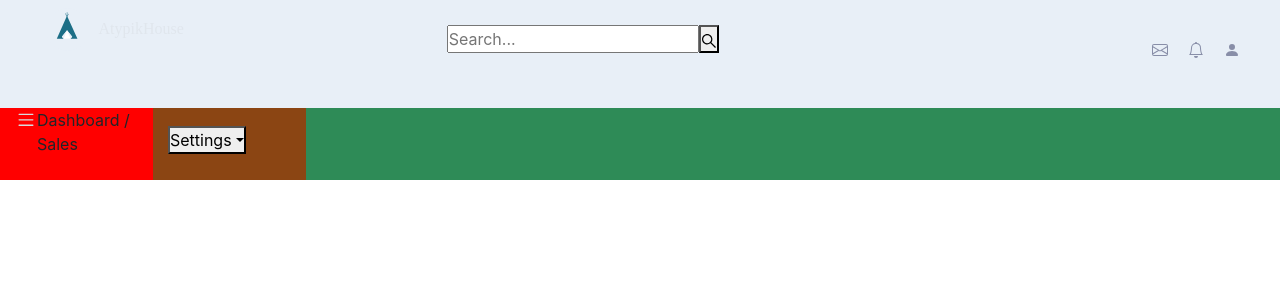
Repository: kifack/API-Symfony-AtypikHouse
Page: / (app in admin-frontend/)
The author's editor kept a copy of each file at every save. The page is drawn from the files as they stood at one save, then again after the next save.
The browser window is 1280 px wide. The pictures show the whole page.
Some web libraries are served in a nearby version. The project was rebuilt for these pictures with package versions that can differ from the ones it lists, and the page was loaded fresh each time. Also part of the build but not shown: admin-frontend/src/css/Responsive.css, admin-frontend/src/css/admin/navbar.css, admin-frontend/src/components/template_parts/Header.js, admin-frontend/src/components/template_parts/Footer.js, admin-frontend/src/components/template_parts/Sidebar.js, admin-frontend/src/components/partials/LocationEntry.js, admin-frontend/src/components/template_parts/Spinner.js, admin-frontend/src/actions/location.js and 26 more.

Above is the page before, as saved 2020-10-01 19:45:11.

### admin-frontend/public/index.html
<!DOCTYPE html>
<html lang="en">
  <head>
    <meta charset="utf-8" />
    <link rel="icon" href="%PUBLIC_URL%/atypikhouse.ico" />
    <meta name="viewport" content="width=device-width, initial-scale=1" />
    <meta name="theme-color" content="#000000" />
    <meta
      name="description"
      content="Web site created using create-react-app"
    />
    <link
      rel="stylesheet"
      href="https://use.fontawesome.com/releases/v5.8.1/css/all.css"
      integrity="sha384-50oBUHEmvpQ+1lW4y57PTFmhCaXp0ML5d60M1M7uH2+nqUivzIebhndOJK28anvf"
      crossorigin="anonymous"
    />
    <!--
      manifest.json provides metadata used when your web app is installed on a
      user's mobile device or desktop. See https://developers.google.com/web/fundamentals/web-app-manifest/
    -->
    <!-- <link rel="manifest" href="%PUBLIC_URL%/manifest.json" /> -->
    <!--
      Notice the use of %PUBLIC_URL% in the tags above.
      It will be replaced with the URL of the `public` folder during the build.
      Only files inside the `public` folder can be referenced from the HTML.

      Unlike "/favicon.ico" or "favicon.ico", "%PUBLIC_URL%/favicon.ico" will
      work correctly both with client-side routing and a non-root public URL.
      Learn how to configure a non-root public URL by running `npm run build`.
    -->
    <script
      src="https://code.jquery.com/jquery-3.5.1.min.js"
      integrity="sha256-9/aliU8dGd2tb6OSsuzixeV4y/faTqgFtohetphbbj0="
      crossorigin="anonymous"
    ></script>
    <script src="https://stackpath.bootstrapcdn.com/bootstrap/4.5.2/js/bootstrap.min.js"></script>
    <script
      src="https://code.jquery.com/jquery-3.5.1.min.js"
      integrity="sha256-9/aliU8dGd2tb6OSsuzixeV4y/faTqgFtohetphbbj0="
      crossorigin="anonymous"
    ></script>

    <script src="https://stackpath.bootstrapcdn.com/bootstrap/4.5.2/js/bootstrap.min.js"></script>
    <title>AtypikHouse</title>
  </head>
  <body>
    <noscript>You need to enable JavaScript to run this app.</noscript>
    <div id="root"></div>
    <!--
      This HTML file is a template.
      If you open it directly in the browser, you will see an empty page.

      You can add webfonts, meta tags, or analytics to this file.
      The build step will place the bundled scripts into the <body> tag.

      To begin the development, run `npm start` or `yarn start`.
      To create a production bundle, use `npm run build` or `yarn build`.
    -->
  </body>
</html>

### admin-frontend/src/index.js
import React from 'react';
import ReactDOM from 'react-dom';
import App from './components/App';
import 'bootstrap/dist/css/bootstrap.min.css';
import { Provider } from 'react-redux';
import configureStore from './store/store';
import HeaderBack from './components/backend/HeaderBack';


const store = configureStore();
ReactDOM.render(
  <React.StrictMode>
    <Provider store={store}>
      <HeaderBack />
    </Provider>

  </React.StrictMode>,
  document.getElementById('root')
);

### admin-frontend/src/store/store.js
import { createStore, applyMiddleware } from "redux";
import { composeWithDevTools } from "redux-devtools-extension";
import thunk from "redux-thunk";
import rootReducer from "../reducers";

const configureStore = () => {
  const initialState = {};

  const middleware = [thunk];

  const store = createStore(
    rootReducer,
    initialState,
    composeWithDevTools(applyMiddleware(...middleware))
  );
  return store;
};

export default configureStore;

### admin-frontend/src/components/backend/HeaderBack.js
import React from "react";
import { Navbar, Nav, Image, Row, Container, Col } from "react-bootstrap";
import { BsBell, BsEnvelope, BsFillPersonFill, BsList } from "react-icons/bs";
import { FaSistrix } from "react-icons/fa";
import logo from './../../media/logonegatif.svg';


class HeaderBack extends React.Component{
    render(){
        return(

            <header>
            <Navbar>

                <div className="blue-sky menuhaut">
                <Container >
                <Row className="align-items-center">
                    <Col>
                        <Nav.Link><Image class="logo"src={logo}/><span class="titlesite">AtypikHouse</span></Nav.Link>
                    </Col>
                    <Col>
                        <form >

                        <input  type="text" placeholder="Search..." aria-label="Search"  />
                        <button type="submit" ><FaSistrix className="icons"/></button>
                        </form>
                    </Col>
                    <Col className="d-flex justify-content-end">
                        <Nav.Link><BsEnvelope className="icon-env"/></Nav.Link>
                        <Nav.Link><BsBell className="icon-bell"/></Nav.Link>
                        <Nav.Link><BsFillPersonFill className="icon-person"/></Nav.Link>
                    </Col>
                </Row >
                </Container>
                </div>

                    <div class="blue-sky sous-header">
                    <Container>
                    <Row className="align-items-center">

                        <Col className="d-flex justify-content-end">
                        <BsList class="icon-list"/>
                        <span className="titlelist"> Dashboard / Sales</span>
                        </Col>

                        <Col>
                        <button className="dropdown-toggle" type="button" id="setting">Settings</button>
                        </Col>


                    </Row>
                    </Container>
                    </div>

            </Navbar>
         </header>


        )
    }

}

export default HeaderBack;

### admin-frontend/src/utils/setAuthToken.js
import api from "./api";

const setAuthToken = (token) => {
  if (token) {
    console.log("setting...");
    api.defaults.headers.common.authorization = "Bearer " + token;
    localStorage.setItem("token", token);
  } else {
    console.log("deleting...");
    delete api.defaults.headers.common["Authorization"];
    localStorage.removeItem("token");
  }
};

export default setAuthToken;

### admin-frontend/src/css/App.css
:root {
  --primaryColor: #1c6e86;
  --secondaryColor :#060818;
  --tierColor: #1e2020;
  --white: #ffffff;
}

* {
  margin: 0;
  padding: 0;
  box-sizing: border-box;
}

@font-face {
  font-family: "title-logo";
  src: url("./../polices/vagnotie.otf");
}
@font-face {
  font-family: "title-block";
  src: url("./../polices/Vogue.ttf");
}
@font-face {
  font-family: "title-secondaire";
  src: url("./../polices/ArcaMajora3-Bold.otf");
}
@font-face {
  font-family : "sans-serifSpe";
  src: url("./../polices/Myriad-Pro_31655.ttf");
}

.blue-sky {
  background-color: var(--secondaryColor);
}
body .blue-Marine {
  background-color: var(--primaryColor);
}

.titleBlock {
  font-family: "title-block";
  padding-top: 30px;
  font-size: 1.3rem;
  color: var(--tiercolor);
}
.titleConte{
  text-align: center;
}
.btnNb{
  padding: 10px 20px;
  text-decoration: none;
  border-radius: 20px;
  font-family: "title-secondaire";
  font-size: 1rem;
}
.secondaryNb {
  color: var(--secondaryColor);
}
.btnNb:hover {
  text-decoration: none;
  color: var(--primaryColor);
  background-color: var(--secondaryColor);
}
.conteneurBtn {
  padding-top: 20px;
}
img {
  width: 100%;
}


/*********************************************************** Header backend ************************************************************************************/













/* ################################# Header ###########################*/
header .navbar{
  padding: 0;
  margin: 0;
  display: block;
}

header .menuhaut{
  height: 15vh;
  padding: 0;
  margin: 0;
}
header .menuhaut .col:first-child{
  width: 30%;
  height: 15vh;

}
header .menuhaut .col:nth-child(2){
  width: 30%;
  height: 8vh;

}
header .menuhaut .col:nth-child(3){
  width: 30%;
  height: 5vh;

}
header .menuhaut .col:nth-child(3) .nav-link{
  padding-left: 10px;
  padding-right: 10px;
  padding-top: 0px;
  padding-bottom: 10px;

}

header .menuhaut .row{
  width: 100%;
  height: 15vh;
  margin: 0;
  padding: 0;

}
header .menuhaut .container{
  max-width: 100% ;
  margin: 0;

}

header .container img {
  width: 12%;
  margin-right: 10px;

}

.titlesite, .logo{

  color: #e0e6ed;
  width: 30px;
  font-family: "title-secondair";
  font-size: 1.0rem;
}

.icon-env, .icon-bell, .icon-person {
  color: #888ea8;
}
.icon-list{
  color: #d9dadc;
  width: 30px;
  height: 25px;
 }

/*######  sous header ######*/

header .sous-header{
 background-color: royalblue;
 height: 40px;
 margin: 0;
 padding: 0;
}

header .sous-header .col:first-child{
  width: 30%;
  height: 10vh;
  background-color: red;

}
header .sous-header .col:nth-child(2){
  width: 30%;
  height: 5vh;

}



header .sous-header .row{
  background-color: saddlebrown;


}
header .sous-header .container{
  max-width: 100% ;
  margin: 0;
  background-color: seagreen;

}





/*

input{
  background-color: #0e1726;
  border: 0px;
  border-radius: 10px;
  height: 40px;
  width: 60%;
}

button{
  background-color: #0e1726;
  border: 0px;
  border-radius: 10px;
  height: 40px;
}


button#setting {
  background-color: #1a1c2d;
  color: #d2d8df;
  font-size: 10px;
  width: 20%;
  border-radius: 12px;

  }

  .titlelist{
    color: #e9e9ea;
   }
*/

### admin-frontend/src/reducers/index.js
import { combineReducers } from "redux";
import auth from "./auth";
import location from "./location";
import user from "./user";
import comment from "./comment";
import destination from "./destination";
import category from "./category";
import thematic from "./thematic";
import field from "./field";

export default combineReducers({
  auth,
  location,
  user,
  comment,
  destination,
  category,
  thematic,
  field,
});

### admin-frontend/src/utils/api.js
import axios from "axios";
import store from "../store/store";
import { LOGOUT } from "../actions/types";

const api = axios.create({
  baseURL: "http://localhost:8000/api/v01",
  // baseURL: "http://api.f2i-dev2-ami-bc-akb-vyk.fr/api/v01",
  headers: {
    "Content-Type": "application/json",
    Accept: "application/json",
  },
});

const { dispatch } = store;

export default api;

### admin-frontend/src/css/sidebar.css
:root {
  --primaryColor: #0090d9;
  --secondaryColor: #e8f1f8;
  --tierColor: #1e2020;
  --white: #ffffff;
}

.sidebar {
  width: 240px;
  min-height: 100vh;
  transition: 0.4s;
  transition-property: width;
  background-color: #fff;

  /* background-image: linear-gradient(180deg, #4e73df 10%, #224abe 100%); */
  /* overflow-y: auto; */
}

.sidebar ul {
  /* color: var(--primaryColor); */
  height: 100%;
  width: 100%;
  list-style: none;
}
.sidebar .menu li {
  line-height: 60px;
  border-bottom: 1px solid #bdb8d7;
  border-bottom: 1px solid rgba(0, 0, 0, 0.05);
  border-top: 1px solid rgba(255, 255, 255, 0.05);
}
.sidebar .menu li:last-child {
  border-bottom: 1px solid rgba(255, 255, 255, 0.05);
}
.sidebar .menu li a {
  position: relative;
  text-decoration: none;
  color: #6c757d;
  font-size: 16px;
  padding-left: 20px;
  font-weight: 500;
  display: block;
  width: 100%;
  border-left: 3px solid transparent;
}
.sidebar .menu li a > i {
  color: var(--primaryColor);
  padding-right: 8px;
}
.sidebar .menu li.active a {
  color: #fff;
  background: #4e73df;
  /* border-left-color: #000; */
}
.sidebar .menu li a:hover {
  /* background-color: #4e73df; */
  opacity: 0.9;
  color: var(--primaryColor);
}
.sidebar .menu ul {
  position: static;
  display: none;
  background-color: #fff;
}

.sidebar .menu ul li {
  line-height: 50px;
  border-top: none;
  color: var(--primaryColor);
}

.sidebar ul li a .item {
  /* margin-left: 15px; */
  transition: 0.4s;
  transition-property: display;
}
.sidebar .menu ul li a {
  font-size: 15px;
  color: #6c757d;
  padding-left: 50px;
}
.sidebar .menu li.active ul li a {
  color: #e6e6e6;
  background: #1b1b1b;
  border-left-color: transparent;
}
.sidebar .menu ul li a:hover {
  border-left-color: var(--primaryColor);
  border-left-width: 5px;
}
.sidebar li a .caret-menu {
  position: absolute;
  top: 50%;
  right: 20px;
  transform: translateY(-50%);
  font-size: 18px;
  transition: transform 0.7s;
}
.sidebar li a span.rotate {
  transform: translateY(-50%) rotate(-180deg);
}

.wrapper.collapse-sidebar .sidebar {
  width: 70px;
}

.wrapper.collapse-sidebar .main_content {
  width: calc(100% - 70px);
}

.wrapper.collapse-sidebar .sidebar .item,
.submenu,
.wrapper.collapse-sidebar .sidebar .submenu li {
  display: none;
}

### admin-frontend/src/css/card.css
/* Navigation tabs */
:root {
  --primaryColor: #0090d9;
  --secondaryColor: #e8eff7;
  --tierColor: #1e2020;
  --white: #ffffff;
}
.tabs {
  /* width: 730px; */
  height: 100vh;
  overflow: hidden;
  border-radius: 5px;
  box-shadow: 5px 10px 5px #ccc;
  border: 1px solid #eee;
  margin-right: 10px;
}
.tabs .tab-header {
  /* height: 40px; */
  display: flex;
  align-items: center;
  width: 100%;
  padding: 15px;
  /* border: 1px solid #eee; */
}

.tabs .tab-header > div {
  width: calc(100% / 2);
  text-align: center;
  color: #888;
  font-weight: 600;
  cursor: pointer;
  font-size: 14px;
  text-transform: uppercase;
  outline: none;
}
/* .tabs .tab-header > div > i {
  display: block;
  margin-bottom: 5px;
} */
.tabs .tab-header > div.active {
  color: var(--primaryColor);
}
.tabs .tab-indicator {
  position: relative;
  width: calc(100% / 2);
  height: 5px;
  background: var(--primaryColor);
  left: 0px;
  border-radius: 5px;
  transition: all 500ms ease-in-out;
}
.tabs .tab-body {
  position: relative;
  height: calc(100% - 60px);
  padding: 10px 5px;
}
.tabs .tab-body > div {
  padding: 20px;
  position: absolute;
  width: 100%;
  top: -200%;
  opacity: 0;
  transform: scale(0.9);
  transition: opacity 500ms ease-in-out 0ms, transform 500ms ease-in-out 0ms;
}
.tabs .tab-body > div.active {
  top: 0px;
  opacity: 1;
  transform: scale(1);
}

/* Display location  */
.img-container {
  position: relative;
}
/* Next & previous buttons */
.prev,
.next {
  cursor: pointer;
  position: absolute;
  text-decoration: none !important;
  top: 50%;
  width: auto;
  margin-top: -22px;
  padding: 16px;
  color: white !important;
  font-weight: bold;
  font-size: 18px;
  transition: 0.6s ease;
  border-radius: 0 3px 3px 0;
  user-select: none;
}

/* Position the "next button" to the right */
.next {
  right: 0;
  border-radius: 3px 0 0 3px;
}
.prev {
  left: 0;
}

/* On hover, add a black background color with a little bit see-through */
.prev:hover,
.next:hover {
  background-color: rgba(0, 0, 0, 0.8);
}
/* Fading animation */
.custom-fade {
  -webkit-animation-name: fade;
  -webkit-animation-duration: 1.5s;
  animation-name: fade;
  animation-duration: 1.5s;
}

@-webkit-keyframes fade {
  from {
    opacity: 0.4;
  }
  to {
    opacity: 1;
  }
}

@keyframes fade {
  from {
    opacity: 0.4;
  }
  to {
    opacity: 1;
  }
}

### admin-frontend/src/reducers/auth.js
import {
  LOAD_USER_REQUEST,
  USER_LOADED,
  AUTH_ERROR,
  LOGIN_REQUEST,
  LOGIN_SUCCESS,
  LOGIN_FAIL,
  LOGOUT,
} from "../actions/types";
import setAuthToken from "../utils/setAuthToken";

const initialState = {
  token: localStorage.getItem("token"),
  isAuthenticated: false,
  loading: false,
  user: null,
  isLogining: false,
  error: null,
};

export default function (state = initialState, action) {
  const { type, payload } = action;

  switch (type) {
    case LOAD_USER_REQUEST:
      return {
        ...state,
        loading: true,
      };
    case USER_LOADED:
      if (payload.roles.indexOf("ROLE_ADMIN") >= 0) {
        return {
          ...state,
          isAuthenticated: true,
          loading: false,
          user: payload,
        };
      } else {
        return {
          ...state,
          isAuthenticated: false,
          loading: false,
          error: "Vous n'avez pas des droits d'accés",
        };
      }
    case LOGIN_REQUEST:
      return {
        ...state,
        isLogining: true,
      };
    case LOGIN_SUCCESS:
      if (payload.user.roles.indexOf("ROLE_ADMIN") >= 0) {
        localStorage.setItem("token", payload.token);
        setAuthToken(payload.token);
        return {
          ...state,
          isAuthenticated: true,
          isLogining: false,
          user: payload.user,
        };
      } else {
        return {
          ...state,
          isAuthenticated: false,
          isLogining: false,
          error: "Vous n'avez pas des droits d'accéss",
        };
      }

    case AUTH_ERROR:
    case LOGOUT:
      console.log("logout");
      localStorage.removeItem("token");
      return {
        ...state,
        token: null,
        isAuthenticated: false,
        loading: false,
        user: null,
        error: payload,
      };

    case LOGIN_FAIL:
      return {
        ...state,
        isLogining: false,
        error: payload.message,
      };

    default:
      return state;
  }
}

### admin-frontend/src/reducers/location.js
import {
  LOAD_LOCATIONS,
  LOAD_LOCATIONS_SUCCESS,
  LOAD_LOCATIONS_ERROR,
  VALIDATE_LOCATION,
  VALIDATE_LOCATION_ERROR,
  DEACTIVATE_LOCATION,
  DEACTIVATE_LOCATION_ERROR,
  LOAD_LOCATION,
  LOAD_LOCATION_SUCCESS,
  LOAD_LOCATION_ERROR,
} from "../actions/types";

const initialState = {
  locations: [],
  location: null,
  loading: false,
  loadingLocation: true,
};

export default function (state = initialState, action) {
  const { type, payload } = action;
  let index, locations;

  switch (type) {
    case LOAD_LOCATIONS:
      return {
        ...state,
        loading: true,
      };
    case LOAD_LOCATIONS_SUCCESS:
      return {
        ...state,
        locations: payload,
        loading: false,
      };

    case LOAD_LOCATION:
      return {
        ...state,
        loadingLocation: true,
        location: null,
      };
    case LOAD_LOCATION_SUCCESS:
      return {
        ...state,
        location: payload,
        loadingLocation: false,
      };
    case VALIDATE_LOCATION:
      index = state.locations.findIndex((item) => item.id === payload);
      locations = state.locations;
      locations[index].status = 1;

      return {
        ...state,
        locations: [...locations],
        loading: false,
      };
    case DEACTIVATE_LOCATION:
      index = state.locations.findIndex((item) => item.id === payload);
      locations = state.locations;
      locations[index].status = 2;

      return {
        ...state,
        locations: [...locations],
        loading: false,
      };

    default:
      return state;
  }
}

### admin-frontend/src/reducers/user.js
import {
  LOAD_USERS,
  LOAD_USERS_ERROR,
  LOAD_USERS_SUCCESS,
  LOAD_USER,
  LOAD_USER_SUCCESS,
  LOAD_USER_ERROR,
  TOGGLE_SIDEBAR,
  ACTIVATE_USER,
  ACTIVATE_USER_ERROR,
  DEACTIVATE_USER,
  DEACTIVATE_USER_ERROR,
} from "../actions/types";

const initialState = {
  users: [],
  user: null,
  loading: false,
  loadingUser: true,
  showSidebar: true,
};

export default function (state = initialState, action) {
  const { type, payload } = action;
  let index, users;

  switch (type) {
    case LOAD_USERS:
      return {
        ...state,
        loading: true,
      };
    case LOAD_USERS_SUCCESS:
      return {
        ...state,
        users: payload,
        loading: false,
      };

    case LOAD_USER:
      return {
        ...state,
        user: null,
        loadingUser: true,
      };
    case LOAD_USER_SUCCESS:
      return {
        ...state,
        user: payload,
        loadingUser: false,
      };
    case ACTIVATE_USER:
      index = state.users.findIndex((item) => item.id === payload);
      users = state.users;
      users[index].status = 1;

      return {
        ...state,
        users: [...users],
        loading: false,
      };
    case DEACTIVATE_USER:
      index = state.users.findIndex((item) => item.id === payload);
      users = state.users;
      users[index].status = 0;

      return {
        ...state,
        users: [...users],
        loading: false,
      };

    case TOGGLE_SIDEBAR:
      return {
        ...state,
        showSidebar: !state.showSidebar,
      };

    default:
      return state;
  }
}

### admin-frontend/src/reducers/comment.js
import {
  LOAD_COMMENTS,
  LOAD_COMMENTS_SUCCESS,
  LOAD_COMMENTS_ERROR,
  DELETE_COMMENT,
  DELETE_COMMENT_ERROR,
} from "../actions/types";

const initialState = {
  comments: [],
  loading: false,
};

export default function (state = initialState, action) {
  const { type, payload } = action;

  switch (type) {
    case LOAD_COMMENTS:
      return {
        ...state,
        loading: true,
      };

    case LOAD_COMMENTS_SUCCESS:
      return {
        ...state,
        comments: payload,
        loading: false,
      };
    case DELETE_COMMENT:
      let filteredComments = state.comments.filter(
        (item) => item.id !== payload
      );
      return {
        ...state,
        comments: [...filteredComments],
        loading: false,
      };

    default:
      return state;
  }
}

### admin-frontend/src/reducers/destination.js
import {
  LOAD_DESTINATIONS,
  LOAD_DESTINATIONS_SUCCESS,
  LOAD_DESTINATIONS_ERROR,
  ADD_DESTINATION,
  ADD_DESTINATION_ERROR,
} from "../actions/types";

const initialState = {
  destinations: [],
  loading: false,
};

export default function (state = initialState, action) {
  const { type, payload } = action;

  switch (type) {
    case ADD_DESTINATION:
      return {
        ...state,
        destinations: [...state.destinations, payload],
        loading: false,
      };
    case LOAD_DESTINATIONS:
      return {
        ...state,
        loading: true,
      };
    case LOAD_DESTINATIONS_SUCCESS:
      return {
        ...state,
        destinations: payload,
        loading: false,
      };

    default:
      return state;
  }
}

### admin-frontend/src/reducers/category.js
import {
  LOAD_CATEGORIES,
  LOAD_CATEGORIES_SUCCESS,
  LOAD_CATEGORIES_ERROR,
  ADD_CATEGORY,
  ADD_CATEGORY_ERROR,
} from "../actions/types";

const initialState = {
  categories: [],
  loading: false,
};

export default function (state = initialState, action) {
  const { type, payload } = action;

  switch (type) {
    case LOAD_CATEGORIES:
      return {
        ...state,
        loading: true,
      };
    case LOAD_CATEGORIES_SUCCESS:
      return {
        ...state,
        categories: [...payload],
        loading: false,
      };
    case ADD_CATEGORY:
      return {
        ...state,
        categories: [...state.categories, payload],
        loading: false,
      };

    default:
      return state;
  }
}

### admin-frontend/src/reducers/thematic.js
import {
  LOAD_THEMATICS,
  LOAD_THEMATICS_SUCCESS,
  LOAD_THEMATICS_ERROR,
  ADD_THEMATIC,
  ADD_THEMATIC_ERROR,
} from "../actions/types";

const initialState = {
  thematics: [],
  loading: false,
};

export default function (state = initialState, action) {
  const { type, payload } = action;

  switch (type) {
    case ADD_THEMATIC:
      return {
        ...state,
        thematics: [...state.thematics, payload],
        loading: false,
      };

    case LOAD_THEMATICS:
      return {
        ...state,
        loading: true,
      };

    case LOAD_THEMATICS_SUCCESS:
      return {
        ...state,
        thematics: payload,
        loading: false,
      };

    default:
      return state;
  }
}

### admin-frontend/src/reducers/field.js
import {
  LOAD_FIELDS,
  LOAD_FIELDS_ERROR,
  ADD_FIELD,
  ADD_FIELD_ERROR,
} from "../actions/types";

const initialState = {
  fields: [],
  loading: true,
};

export default function (state = initialState, action) {
  const { type, payload } = action;

  switch (type) {
    case LOAD_FIELDS:
      return {
        ...state,
        fields: [...payload],
        loading: false,
      };
    case ADD_FIELD:
      return {
        ...state,
        fields: [...state.fields, payload],
        loading: false,
      };

    default:
      return state;
  }
}

### admin-frontend/src/css/spinner.css
/* https://projects.lukehaas.me/css-loaders/ */
:root {
  --primaryColor: #0090d9;
  --secondaryColor: #e8eff7;
  --tierColor: #1e2020;
  --white: #ffffff;
}

.spinner {
  width: 100%;
  height: 100%;
  display: flex;
  align-items: center;
  justify-content: center;
  /* background-color: rgb(0, 0, 0); */
  /* background-color: #eee; */
}

.loader {
  color: var(--primaryColor);
  font-size: 20px;
  margin: 100px auto;
  width: 1em;
  height: 1em;
  border-radius: 50%;
  position: relative;
  text-indent: -9999em;
  -webkit-animation: load4 1.3s infinite linear;
  animation: load4 1.3s infinite linear;
  -webkit-transform: translateZ(0);
  -ms-transform: translateZ(0);
  transform: translateZ(0);
}
@-webkit-keyframes load4 {
  0%,
  100% {
    box-shadow: 0 -3em 0 0.2em, 2em -2em 0 0em, 3em 0 0 -1em, 2em 2em 0 -1em,
      0 3em 0 -1em, -2em 2em 0 -1em, -3em 0 0 -1em, -2em -2em 0 0;
  }
  12.5% {
    box-shadow: 0 -3em 0 0, 2em -2em 0 0.2em, 3em 0 0 0, 2em 2em 0 -1em,
      0 3em 0 -1em, -2em 2em 0 -1em, -3em 0 0 -1em, -2em -2em 0 -1em;
  }
  25% {
    box-shadow: 0 -3em 0 -0.5em, 2em -2em 0 0, 3em 0 0 0.2em, 2em 2em 0 0,
      0 3em 0 -1em, -2em 2em 0 -1em, -3em 0 0 -1em, -2em -2em 0 -1em;
  }
  37.5% {
    box-shadow: 0 -3em 0 -1em, 2em -2em 0 -1em, 3em 0em 0 0, 2em 2em 0 0.2em,
      0 3em 0 0em, -2em 2em 0 -1em, -3em 0em 0 -1em, -2em -2em 0 -1em;
  }
  50% {
    box-shadow: 0 -3em 0 -1em, 2em -2em 0 -1em, 3em 0 0 -1em, 2em 2em 0 0em,
      0 3em 0 0.2em, -2em 2em 0 0, -3em 0em 0 -1em, -2em -2em 0 -1em;
  }
  62.5% {
    box-shadow: 0 -3em 0 -1em, 2em -2em 0 -1em, 3em 0 0 -1em, 2em 2em 0 -1em,
      0 3em 0 0, -2em 2em 0 0.2em, -3em 0 0 0, -2em -2em 0 -1em;
  }
  75% {
    box-shadow: 0em -3em 0 -1em, 2em -2em 0 -1em, 3em 0em 0 -1em, 2em 2em 0 -1em,
      0 3em 0 -1em, -2em 2em 0 0, -3em 0em 0 0.2em, -2em -2em 0 0;
  }
  87.5% {
    box-shadow: 0em -3em 0 0, 2em -2em 0 -1em, 3em 0 0 -1em, 2em 2em 0 -1em,
      0 3em 0 -1em, -2em 2em 0 0, -3em 0em 0 0, -2em -2em 0 0.2em;
  }
}
@keyframes load4 {
  0%,
  100% {
    box-shadow: 0 -3em 0 0.2em, 2em -2em 0 0em, 3em 0 0 -1em, 2em 2em 0 -1em,
      0 3em 0 -1em, -2em 2em 0 -1em, -3em 0 0 -1em, -2em -2em 0 0;
  }
  12.5% {
    box-shadow: 0 -3em 0 0, 2em -2em 0 0.2em, 3em 0 0 0, 2em 2em 0 -1em,
      0 3em 0 -1em, -2em 2em 0 -1em, -3em 0 0 -1em, -2em -2em 0 -1em;
  }
  25% {
    box-shadow: 0 -3em 0 -0.5em, 2em -2em 0 0, 3em 0 0 0.2em, 2em 2em 0 0,
      0 3em 0 -1em, -2em 2em 0 -1em, -3em 0 0 -1em, -2em -2em 0 -1em;
  }
  37.5% {
    box-shadow: 0 -3em 0 -1em, 2em -2em 0 -1em, 3em 0em 0 0, 2em 2em 0 0.2em,
      0 3em 0 0em, -2em 2em 0 -1em, -3em 0em 0 -1em, -2em -2em 0 -1em;
  }
  50% {
    box-shadow: 0 -3em 0 -1em, 2em -2em 0 -1em, 3em 0 0 -1em, 2em 2em 0 0em,
      0 3em 0 0.2em, -2em 2em 0 0, -3em 0em 0 -1em, -2em -2em 0 -1em;
  }
  62.5% {
    box-shadow: 0 -3em 0 -1em, 2em -2em 0 -1em, 3em 0 0 -1em, 2em 2em 0 -1em,
      0 3em 0 0, -2em 2em 0 0.2em, -3em 0 0 0, -2em -2em 0 -1em;
  }
  75% {
    box-shadow: 0em -3em 0 -1em, 2em -2em 0 -1em, 3em 0em 0 -1em, 2em 2em 0 -1em,
      0 3em 0 -1em, -2em 2em 0 0, -3em 0em 0 0.2em, -2em -2em 0 0;
  }
  87.5% {
    box-shadow: 0em -3em 0 0, 2em -2em 0 -1em, 3em 0 0 -1em, 2em 2em 0 -1em,
      0 3em 0 -1em, -2em 2em 0 0, -3em 0em 0 0, -2em -2em 0 0.2em;
  }
}

Loaded but not shown: admin-frontend/src/actions/types.js (79 lines, source omitted)

After the next save:
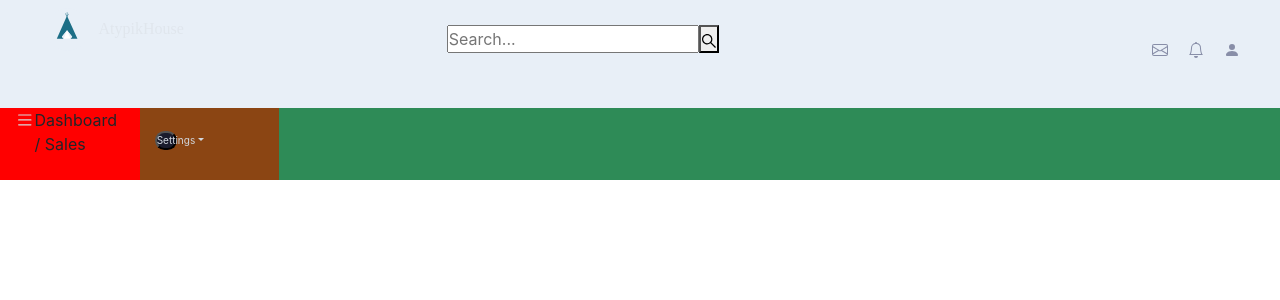
Saved 34 s later.
--- a/admin-frontend/src/css/App.css
+++ b/admin-frontend/src/css/App.css
@@ -170,10 +170,16 @@ header .sous-header .col:first-child{
 header .sous-header .col:nth-child(2){
   width: 30%;
   height: 5vh;
-
-}
-
-
+}
+
+button#setting {
+  background-color: #1a1c2d;
+  color: #d2d8df;
+  font-size: 10px;
+  width: 20%;
+  border-radius: 12px;
+
+  }
 
 header .sous-header .row{
   background-color: saddlebrown;
